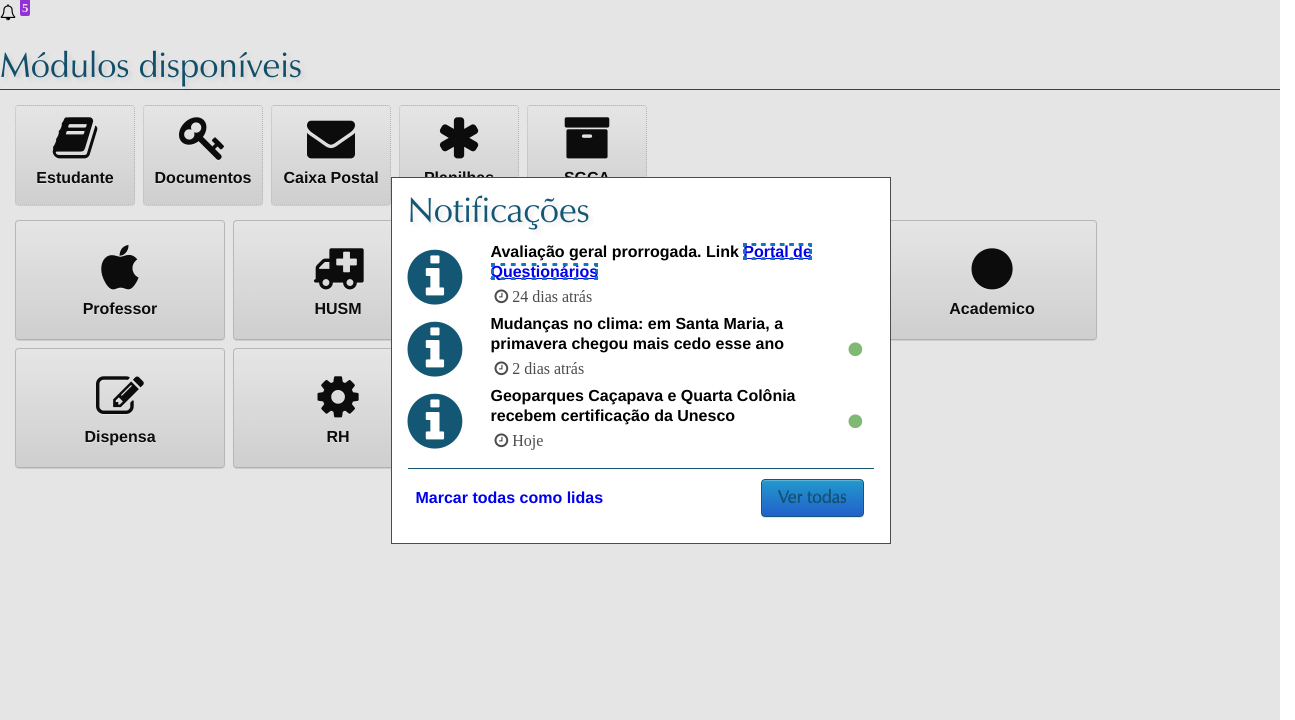
Repository: evertonagilar/study
Page: css/css-notificacao-dialog/index.html
These files come from the project's save history. The page is drawn as it stood at one moment and after the next save; the edit follows.
The browser window is 1280 px wide. The page is 1295 px wide, so the pictures cover 1295 px, including what lies to the right of the window. The pictures show the whole page.
After loading, the first visible `span.dashboard-notificacoes-button` was clicked once.

Above is the page before, as saved 2023-09-11 22:17:01.

### css/css-notificacao-dialog/index.html
<!DOCTYPE html>
<html lang="en">

<head>
    <meta charset="UTF-8">
    <meta name="viewport" content="width=device-width, initial-scale=1.0">
    <title>Aula CSS GRID</title>
    <link rel="stylesheet" href="css/cpd.css">
    <link rel="stylesheet" href="css/style.css">
</head>

<body>
    <span class="dashboard-notificacoes-button icon-bell">
        <sup>5</sup>
    </span>

    <dialog class="dashboard-notificacoes">
        <h2 class="h2 primary text-shadowed margin-bottom">
            Notificações
        </h2>
        <div class="notificacao-list">
            <div class="notificacao" data-id="1">
                <span class="notificacao-icon-type icon-info-sign"></span>
                <div class="notificacao-message">
                    <span class="notificacao-message-text">Avaliação geral prorrogada. Link <a href="#">Portal de
                            Questionários</a></span>
                    <span class="notificacao-message-date icon-time"> 24 dias atrás</span>
                </div>
                <span class="notificao-lida-mark"></span>
            </div>
            <div class="notificacao" data-id="1">
                <span class="notificacao-icon-type icon-info-sign"></span>
                <div class="notificacao-message">
                    <span class="notificacao-message-text">Mudanças no clima: em Santa Maria, a primavera chegou mais
                        cedo esse ano</span>
                    <span class="notificacao-message-date icon-time"> 2 dias atrás</span>
                </div>
                <span class="notificao-lida-mark icon-circle"></span>
            </div>
            <div class="notificacao" data-id="1">
                <span class="notificacao-icon-type icon-info-sign"></span>
                <div class="notificacao-message">
                    <span class="notificacao-message-text">Geoparques Caçapava e Quarta Colônia recebem certificação da Unesco</span>
                    <span class="notificacao-message-date icon-time"> Hoje</span>
                </div>
                <span class="notificao-lida-mark icon-circle"></span>
            </div>
        </div>
        <div class="notificacao-buttons">
            <a class="notificacao-marcar-todas" href="#">Marcar todas como lidas</a>
            <span class="btn primary notificacao-ver-todas">Ver todas</span>
        </div>
    </dialog>

    <h2 class="h2 primary stroked-bottom text-shadowed margin-bottom">
        Módulos disponíveis
    </h2>


    <div class="dashboard-container-favorito">
        <div class="portal">
            <span class="portal-icon icon-book"></span>
            <h3 class="portal-label">Estudante</h3>
        </div>
        <div class="portal">
            <span class="portal-icon icon-key"></span>
            <h3 class="portal-label">Documentos</h3>
        </div>
        <div class="portal">
            <span class="portal-icon icon-envelope"></span>
            <h3 class="portal-label">Caixa Postal</h3>
        </div>
        <div class="portal">
            <span class="portal-icon icon-asterisk"></span>
            <h3 class="portal-label">Planilhas</h3>
        </div>
        <div class="portal">
            <span class="portal-icon icon-archive"></span>
            <h3 class="portal-label">SGCA</h3>
        </div>

    </div>

    <div class="dashboard-container">
        <div class="portal">
            <span class="portal-mini-button fa fa-chain"></span>
            <span class="portal-icon icon-apple"></span>
            <h3 class="portal-label">Professor</h3>
        </div>

        <div class="portal">
            <span class="portal-icon icon-ambulance"></span>
            <h3 class="portal-label">HUSM</h3>
        </div>

        <div class="portal">
            <span class="portal-icon icon-user"></span>
            <h3 class="portal-label">Usuario</h3>
        </div>

        <div class="portal">
            <span class="portal-icon icon-calendar"></span>
            <h3 class="portal-label">Agendamento</h3>
        </div>

        <div class="portal">
            <span class="portal-icon icon-circle"></span>
            <h3 class="portal-label">Academico</h3>
        </div>

        <div class="portal">
            <span class="portal-icon icon-edit"></span>
            <h3 class="portal-label">Dispensa</h3>
        </div>

        <div class="portal">
            <span class="portal-icon icon-cog"></span>
            <h3 class="portal-label">RH</h3>
        </div>

        <div class="portal">
            <span class="portal-icon icon-code-fork"></span>
            <h3 class="portal-label">Projetos</h3>
        </div>

        <div class="portal">
            <span class="portal-icon icon-file-alt"></span>
            <h3 class="portal-label">Biblioteca</h3>
        </div>

    </div>
</body>


<script>

    document.addEventListener("DOMContentLoaded", function () {

        /* Cards */
        const botao = document.querySelectorAll('.portal');
        botao.forEach(btn => {
            const miniButton = btn.querySelector('.portal-mini-button');

            btn.addEventListener('click', () => {
                alert('botao clicked');
            });

            btn.addEventListener('mouseenter', () => {
                if (miniButton) {
                    miniButton.style.visibility = 'visible';
                }
            });

            btn.addEventListener('mouseleave', () => {
                if (miniButton) {
                    miniButton.style.visibility = 'hidden';
                }
            });

        });

        /* Mini Button */
        const miniButtons = document.querySelectorAll('.portal-mini-button');
        miniButtons.forEach(btn => {
            const parentButton = btn.closest('.portal');

            btn.addEventListener("click", (event) => {
                event.stopPropagation();
                alert('mini-button clicked');
            });

            btn.addEventListener("mouseenter", (event) => {
                // alert('mouse enter');
                // parentButton.style.pointerEvents = 'none';

            });

            btn.addEventListener("mouseleave", (event) => {
                // alert('mouse leave');
                // parentButton.style.pointerEvents = 'auto';
            })

        });


        /* Notifications */
        document.querySelector('.dashboard-notificacoes-button').addEventListener("click", (event) => {
            const dialog = document.querySelector('.dashboard-notificacoes');
            dialog.showModal();
        });

        document.querySelector('.dashboard-notificacoes-button').addEventListener("mouseenter", (event) => {
            const dialog = document.querySelector('.dashboard-notificacoes');
            dialog.show();
        });

        document.querySelector('.dashboard-notificacoes-button').addEventListener("mouseleave", (event) => {
            const dialog = document.querySelector('.dashboard-notificacoes');
            dialog.close();
        });


    });



</script>



</html>

### css/css-notificacao-dialog/css/style.css

.dashboard-container {
    width: 100%;
    height: 100%;
    display: flex;
    flex-direction: row;
    flex-wrap: wrap;
    gap: 8px;
    align-items: stretch; /* Centraliza verticalmente */
    justify-content: stretch;
    margin: 15px;
    @media screen and (max-width:34.999999em){
        width: 94%;
    }
}

.dashboard-container-favorito {
    width: 100%;
    height: 100%;
    display: flex;
    flex-direction: row;
    flex-wrap: nowrap;
    gap: 8px;
    align-items: stretch; /* Centraliza verticalmente */
    justify-content: stretch;
    margin: 15px;
}

.portal {
    position: relative;
    cursor: pointer;
    text-align: center;
    --border-radius:.25rem;
    --border-radius-top-left:.25rem;
    --border-radius-top-right:.25rem;
    --border-radius-bottom-right:.25rem;
    --border-radius-bottom-left:.25rem;
    --border-radius-top:.25rem;
    --border-radius-left:.25rem;
    --border-radius-right:.25rem;
    --border-radius-bottom:.25rem;
    border-radius:.25rem;
    border:.065rem solid #ccc;
    border-bottom:.065rem solid #c5c5c5;
    border-right:.065rem solid #cacaca;
    color:#0d0d0d;
    text-shadow:0 .065em 0 #fff;
    box-shadow:0 .065em 0 rgba(0,0,0,0.1),0 .065em .065em 0 rgba(255,255,255,0.3) inset;
    background-image:linear-gradient(to bottom, #fff, #e6e6e6);
    padding: 24px;
    width: 210px;
    height: 120px;
    @media screen and (max-width:34.999999em){
        width: 100%;
    }
}


.portal:hover {
    background:#e6e6e6;
    transition: all .35s ease-in-out;
    box-shadow: 0 .065rem 0 rgba(0,0,0,0.15);
}

.portal:active {
    background:none;
    box-shadow:0 .065em 0 rgba(0,0,0,0.1),.08em .125em .25em rgba(0,0,0,0.3) inset;
    background-color:#f3f3f3;
    transition:none
}

.portal:focus {
    box-shadow:0 0 .5em .25em rgba(205,205,205,0.85)
}

.portal-icon {
    font-size: 3em;
}

.portal-label {
    font-weight: bold;
    margin-top: 6px;
}

.dashboard-container-favorito .portal {
    padding: 8px;
    height: 100px;
    width: 120px;
    @media screen and (max-width:798px) {
        width: auto;
    }
    border-style: dotted;
}

.portal-mini-button {
    position: absolute;
    top: 0;
    right: 0;
    border: none;
    padding: 6px;
    z-index: 100;
    visibility: hidden;
}

.portal-mini-button:hover {
    background-color:#f3f3f3;
    border-radius:.25rem;
    border:.065rem solid #ccc;
    border-bottom:.065rem solid #c5c5c5;
    border-right:.065rem solid #cacaca;
    color:#0d0d0d;
    color: brown;
 }

 .portal-mini-button:active {
    background:none;
    box-shadow:0 .065em 0 rgba(0,0,0,0.1),.08em .125em .25em rgba(0,0,0,0.3) inset;
    background-color:#f3f3f3;
    transition:none
}

.portal-mini-button:focus {
    box-shadow:0 0 .5em .25em rgba(205,205,205,0.85)
}

/* Notificações */

.dashboard-notificacoes-button {
    position: relative;
    cursor: pointer;
}


.dashboard-notificacoes {
    position: absolute;
    left: 1px;
    top: 1px;
    width: 500px;
    transition: all .2s ease;
    z-index: 200;
    border: 1px solid #4c4c4c;


}

.dashboard-notificacoes-button sup {
    color: #fff;
    background-color: #a435f0;
    padding: 2px;
    font-weight: bold;
    border-radius: 2px;
    font-size: .8em !important;
}

.notificacao-list {
    display: flex;
    flex-direction: column;
    gap: 2px;
}

.notificacao {
    display: flex;
    flex-direction: row;
    justify-content: flex-start;
    align-items: center;
    gap: 8px;
    flex-wrap: wrap;

}

.notificacao-message {
    display: flex;
    flex-direction: column;
    align-items: flex-start;
    font-weight: bold;
}

.notificacao-icon-type {
    font-size: 64px;
    width: 75px;
    color: #135775;
}

.notificacao-message-text {
    font-weight: 900;
    width: 350px;
}

.notificacao-message-date {
    font-weight: 300;
    padding: 6px 4px;
    color: #4c4c4c;
}

.notificao-lida-mark {
    color: hsla(109, 90%, 27%, 0.565);
}

.notificacao-buttons {
    display: flex;
    justify-content: space-between;
    align-items: center;
    border-top: .065rem solid #135775;
    margin-top: 12px;
    padding: 8px;
}

.notificacao-marcar-todas {
    font-weight: bold;
    text-decoration: none;
}

Loaded but not shown: css/css-notificacao-dialog/css/cpd.css (library)

After the next save:
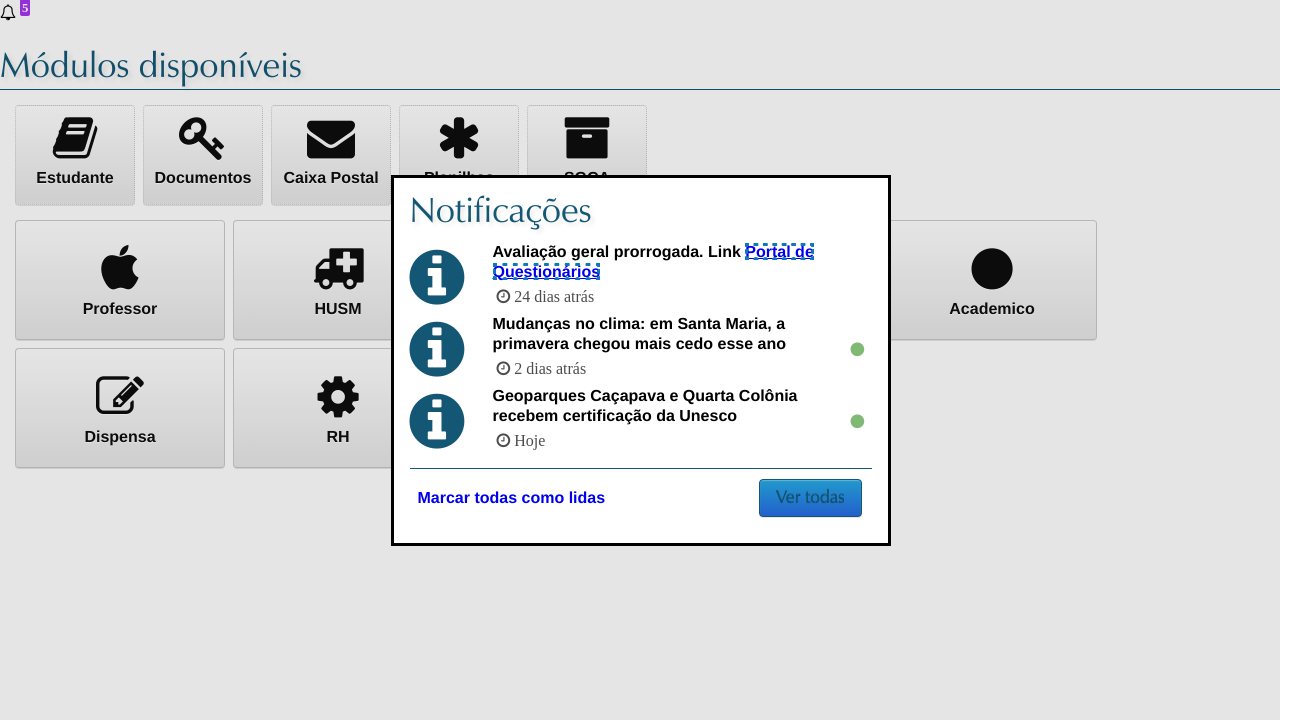
Saved 24 s later.
--- a/css/css-notificacao-dialog/css/style.css
+++ b/css/css-notificacao-dialog/css/style.css
@@ -138,7 +138,7 @@
     width: 500px;
     transition: all .2s ease;
     z-index: 200;
-    border: 1px solid #4c4c4c;
+    border: 1px solid .065rem solid #ccc;;
 
 
 }
